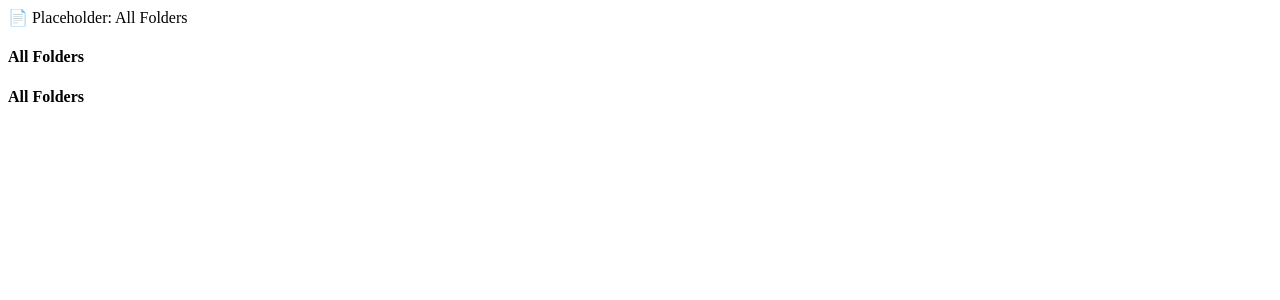
Repository: tonym642/bizcore360-wp
Page: pages/allfolders.html
These files come from the project's save history. The page is drawn as it stood at one moment and after the next save; the edit follows.
The browser window is 1280 px wide. The pictures show the whole page.

Above is the page before, as saved 2025-10-21 16:12:20.

### pages/allfolders.html
<div class="container py-4">
  <div class="alert alert-info">📄 Placeholder: All Folders</div>
  <div class="card p-3 shadow-sm"><h4>All Folders</h4><ul id="foldersList" class="list-unstyled"></ul></div>

<div class="container-fluid p-4">
  <div class="card shadow-sm rounded-3">
    <div class="card-body">
      <h4 class="fw-semibold text-primary mb-3">All Folders</h4>
      <ul id="foldersList" class="list-unstyled"></ul>
    </div>
  </div>
</div>

### assets/css/style.css
/* ====== Global Layout Fixes ====== */
body {
  background-color: #f8f9fb;
}

#main-content {
  padding: 40px 30px 60px 30px;
  min-height: calc(100vh - 80px);
}

.card {
  border: none;
  box-shadow: 0 2px 6px rgba(0,0,0,0.05);
  border-radius: 12px;
}

.card-body {
  padding: 2rem;
}

h4.fw-semibold.text-primary {
  font-size: 1.25rem;
  color: #007bff;
}

/* ====== Form Layout ====== */
.form-label {
  font-weight: 500;
}

.form-control, .form-select {
  border-radius: 8px;
  font-size: 0.95rem;
  padding: 0.55rem 0.75rem;
}

.text-end button {
  min-width: 120px;
  font-weight: 500;
}

/* ====== Page container ====== */
.container-fluid {
  max-width: 1200px;
  margin: 0 auto;
}

After the next save:
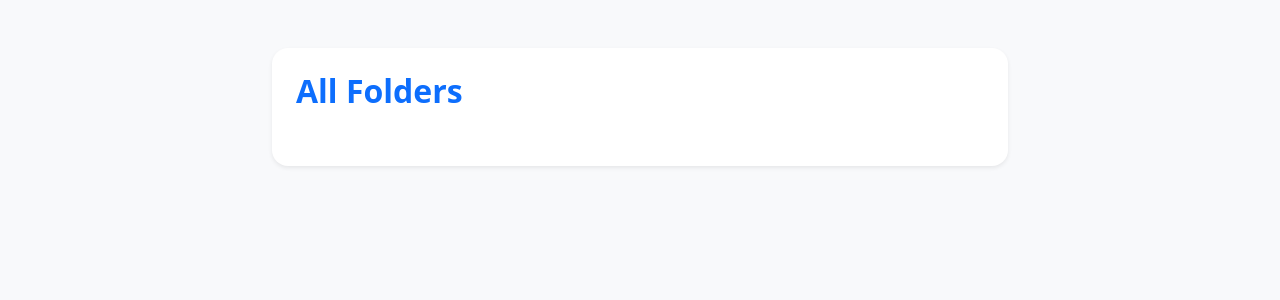
Saved 5 s later.
--- a/pages/allfolders.html
+++ b/pages/allfolders.html
@@ -1,12 +1,24 @@
-<div class="container py-4">
-  <div class="alert alert-info">📄 Placeholder: All Folders</div>
-  <div class="card p-3 shadow-sm"><h4>All Folders</h4><ul id="foldersList" class="list-unstyled"></ul></div>
 
-<div class="container-fluid p-4">
-  <div class="card shadow-sm rounded-3">
-    <div class="card-body">
-      <h4 class="fw-semibold text-primary mb-3">All Folders</h4>
-      <ul id="foldersList" class="list-unstyled"></ul>
+<!DOCTYPE html>
+<html lang="en">
+<head>
+  <meta charset="UTF-8">
+  <meta name="viewport" content="width=device-width, initial-scale=1.0">
+  <title>All Folders</title>
+  <link href="https://cdn.jsdelivr.net/npm/bootstrap@5.3.2/dist/css/bootstrap.min.css" rel="stylesheet">
+  <link href="../assets/css/style.css" rel="stylesheet">
+</head>
+<body>
+  <div class="container py-5">
+    <div class="row justify-content-center">
+      <div class="col-lg-8">
+        <div class="card shadow-sm p-4 rounded-4" id="allFoldersCard">
+          <h2 class="mb-3 fw-bold text-primary">All Folders</h2>
+          <ul id="foldersList" class="list-unstyled"></ul>
+        </div>
+      </div>
     </div>
   </div>
-</div>
+  <script src="https://cdn.jsdelivr.net/npm/bootstrap@5.3.2/dist/js/bootstrap.bundle.min.js"></script>
+</body>
+</html>
